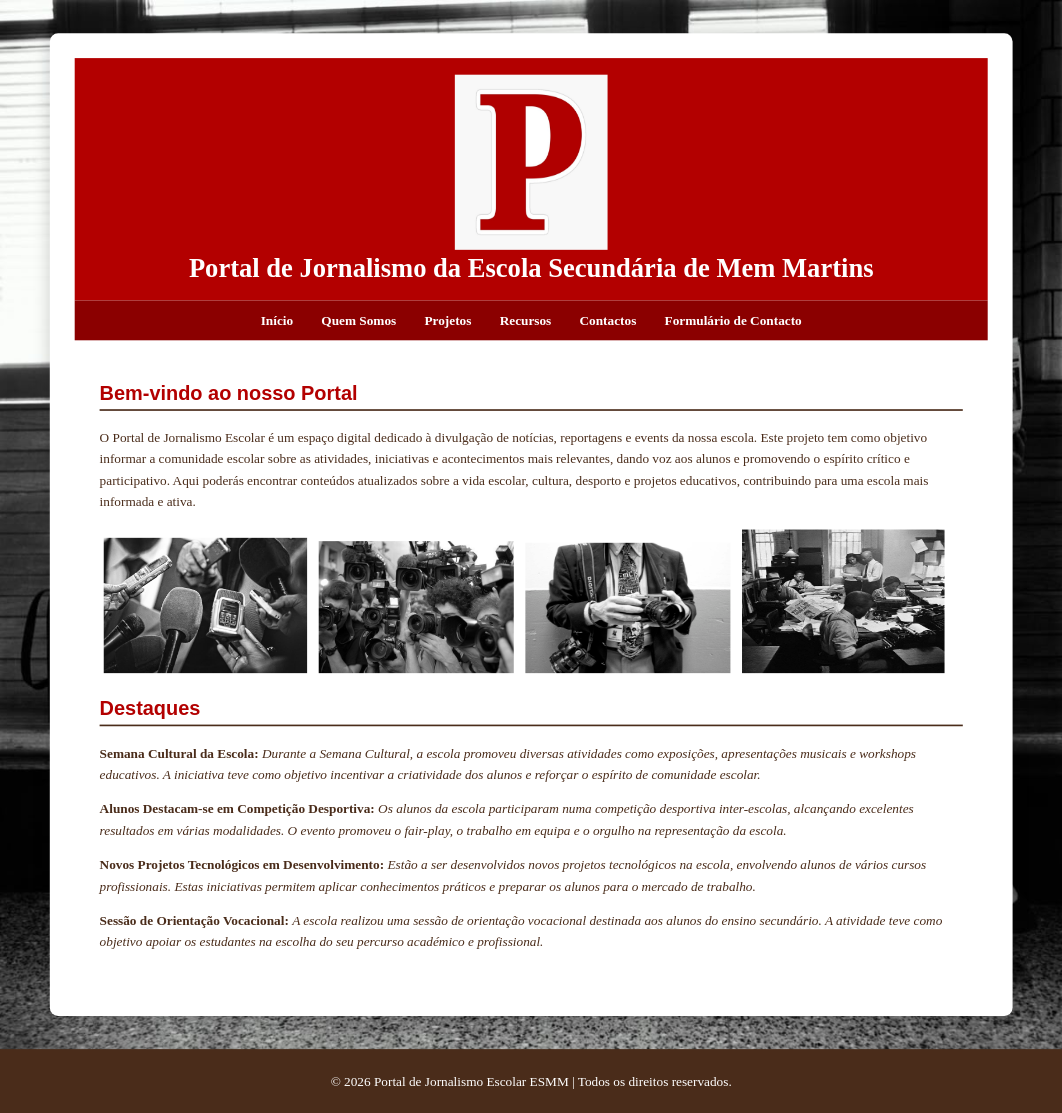
Repository: Sofiampsantos/Portal-de-Jornalismo-Escolar
Page: ProjetoProgV2/FormularioContacto/src/main/webapp/index.html
The author's editor kept a copy of each file at every save. The page is drawn from the files as they stood at one save, then again after the next save.
The browser window is 1280 px wide. The pictures show the whole page, at 83% of full size.
Backgrounds fixed to the window are drawn as part of the page. Some web fonts or font styles are not loaded; a fallback is used.

Above is the page before, as saved 2026-05-23 20:00:19.
Console error: TypeError: Cannot set properties of null (setting 'innerText')

### ProjetoProgV2/FormularioContacto/src/main/webapp/index.html
<!DOCTYPE html>
<html>
<head>
<meta charset="UTF-8">
<title>Portal de Jornalismo Escolar - ESMM - Página inicial</title>
<link rel="stylesheet" href="styles/estilo.css">
</head>
<body style="background-image: url('img/jornmulheres.jpg'); background-size: cover; background-repeat: no-repeat; background-attachment: fixed; background-position: center;">

  <div class="container">

    <header id="topo">
        <img alt="Fotografia do Portal de Jornalismo Escolar"
             src="img/logoP.jpg" style="width: 184px; height: 211px;">
        <h1>Portal de Jornalismo da Escola Secundária de Mem Martins</h1>
    </header>

    <nav id="navegacao">
        <ul>
            <li><a href="index.html">Início</a></li>
            <li><a href="quem_somos.html">Quem Somos</a></li>
            <li><a href="projetos.html">Projetos</a></li>
            <li><a href="recursos.html">Recursos</a></li>
            <li><a href="contactos.html">Contactos</a></li>
            <li><a href="contato.jsp">Formulário de Contacto</a></li>
        </ul>
    </nav>

    <section id="conteudo">
        <h2>Bem-vindo ao nosso Portal</h2>
        <p>O Portal de Jornalismo Escolar é um espaço digital dedicado à
         divulgação de notícias, reportagens e events da nossa escola.
         Este projeto tem como objetivo informar a comunidade escolar sobre
         as atividades, iniciativas e acontecimentos mais relevantes,
         dando voz aos alunos e promovendo o espírito crítico
         e participativo.
         Aqui poderás encontrar conteúdos atualizados sobre a vida
         escolar, cultura, desporto e projetos educativos,
         contribuindo para uma escola mais informada e ativa.</p>

        <div>
             <img alt="Fotografia do Portal de Jornalismo Escolar"
                  src="img/jornalismo.jpg" style="width: 245px; height: 163px;">

             <img alt="Fotografia do Portal de Jornalismo Escolar"
                  src="img/cameras.jpg" style="width: 235px; height: 159px;">

             <img alt="Fotografia do Portal de Jornalismo Escolar"
                  src="img/jorn3.jpg" style="height: 157px; width: 247px">

             <img alt="Fotografia do Portal de Jornalismo Escolar"
                  src="img/jornalista.jpg" style="height: 173px; width: 244px">
        </div>

        <h2>Destaques</h2>
        <p>
            <strong>Semana Cultural da Escola: </strong><i>Durante a Semana
             Cultural, a escola promoveu diversas atividades como exposições,
             apresentações musicais e workshops educativos. A iniciativa teve
             como objetivo incentivar a criatividade dos alunos e reforçar o
             espírito de comunidade escolar.</i>
        </p>
        <p>
            <strong>Alunos Destacam-se em Competição Desportiva: </strong><i>
                    Os alunos da escola participaram numa competição desportiva
                    inter-escolas, alcançando excelentes resultados em várias
                    modalidades. O evento promoveu o fair-play, o trabalho em
                    equipa e o orgulho na representação da escola.</i>
        </p>
        <p>
            <strong>Novos Projetos Tecnológicos em Desenvolvimento: </strong><i>
                   Estão a ser desenvolvidos novos projetos tecnológicos na escola,
                   envolvendo alunos de vários cursos profissionais. Estas iniciativas
                   permitem aplicar conhecimentos práticos e preparar os alunos para o
                   mercado de trabalho.</i>
        </p>
        <p>
            <strong>Sessão de Orientação Vocacional: </strong><i>A escola realizou uma
            sessão de orientação vocacional destinada aos alunos do ensino secundário.
            A atividade teve como objetivo apoiar os estudantes na escolha do seu percurso
            académico e profissional.</i>
        </p>
    </section>

  </div>

  <footer id="rodape">
      <p>&copy; 2026 Portal de Jornalismo Escolar ESMM | Todos os direitos reservados.</p>
  </footer>

  <script src="scripts/script.js"></script>
  <script>
      alert("Bem-vindo ao Portal de Jornalismo da Escola Secundária de Mem Martins!");
  </script>

</body>
</html>

### ProjetoProgV2/FormularioContacto/src/main/webapp/styles/estilo.css
@charset "UTF-8";
@import url('https://fonts.googleapis.com/css2?family=League+Spartan:wght@400;600;700&display=swap');


/* ===== ESTILO GERAL ===== */
body {
    margin: 0;
    padding: 0;
    font-family: "Times New Roman", Times, serif;
    color: #4a2c1a;
}

.container {
    max-width: 1100px;
    margin: 40px auto;
    background-color: white;
    padding: 30px;
    border-radius: 10px;
    box-shadow: 0 0 20px rgba(0,0,0,0.2);
}

/* ===== CABEÇALHO ===== */
#topo {
    background-color: #b30000;
    color: #ffffff;
    padding: 20px;
    text-align: center;
}

#topo h1 { margin: 0; }

/* ===== NAVEGAÇÃO ===== */
nav {
    display: flex;
    justify-content: center;
    background-color: #8B0000;
    padding: 15px 0;
}

nav ul {
    list-style: none;
    padding: 0;
    margin: 0;
}

nav ul li {
    display: inline;
    margin: 0 15px;
}

nav a {
    color: white;
    text-decoration: none;
    font-weight: bold;
}

nav a:hover {
    text-decoration: underline;
}

/* ===== CONTEÚDO E TÍTULOS ===== */
#conteudo { padding: 30px; animation: aparecer 2s ease-in; }

h2 {
    color: #b30000;
    border-bottom: 2px solid #4a2c1a;
    padding-bottom: 5px;
    font-family: 'League Spartan', Arial, sans-serif;
}

p { line-height: 1.6; }

/* ===== IMAGENS ===== */
/* Imagem do logo com classe específica */
.logo { width: 184px; height: 211px; }

/* Imagens do conteúdo */
section img {
    width: 240px;
    height: auto;
    margin: 5px;
}

/* ===== TABELA ===== */
table {
    width: 90%;
    margin: 20px auto;
    border-collapse: collapse;
}

th, td {
    padding: 10px;
    border: 1px solid #4a2c1a;
    text-align: center;
}

th { background-color: #b30000; color: #ffffff; }

/* CORREÇÃO MÁXIMA: Força os links de ordenação a ficarem brancos em qualquer estado */
th a,
th a:link,
th a:visited,
th a:active {
    color: #ffffff !important;
    text-decoration: none !important;
}

th a:hover {
    text-decoration: underline !important;
    color: #ffffff !important;
}

/* ===== FORMULÁRIO ===== */
form {
    max-width: 600px;
    margin: 40px auto;
    padding: 30px;
    box-shadow: 0 4px 10px rgba(0, 0, 0, 0.1);
}

form input, form textarea, form select {
    width: 100%;
    padding: 10px;
    margin-top: 5px;
    border: 1px solid #c4a484;
}

/* ===== RODAPÉ ===== */
#rodape {
    background-color: #4a2c1a;
    color: #ffffff;
    text-align: center;
    padding: 10px;
    margin-top: 40px;
}

/* ===== ANIMAÇÕES ===== */
@keyframes aparecer {
    from { opacity: 0; }
    to { opacity: 1; }
}

.card { transition: transform 0.3s ease; }
.card:hover { transform: translateY(-5px); }


/* Remove a linha vermelha grossa de cima da pesquisa */
.container form,
#conteudo form,
form[action*="pesquisar"],
form[action*="buscar"] {
    border-top: none !important;
}

### ProjetoProgV2/FormularioContacto/src/main/webapp/scripts/script.js
function mostrarMensagem() {
	alert("Estás no Portal de Jornalismo Escolar!");
}

function confirmarPortal() {
	var resposta = confirm("Tens uma notícia ou sugestão?");
	var paragrafo = document.getElementById("resposta");

	if (paragrafo) {
		if(resposta) {
			paragrafo.innerHTML = "Obrigado por contribuir para o Portal Escolar.";
		} else {
			paragrafo.innerHTML = "Talvez noutra altura!";
		}
	} else {
		alert("Erro: element <p id= 'resposta'> não encontrado");
	}
}

function validarFormulario(){
	var nome = document.formulario.nome.value;

	if (nome == "") {
		alert("Por favor, preenche o campo Nome.")
		return false;
}
		alert("Formulário enviado com sucesso!");
		return true;
}

function pedirNome(){
	var nome = prompt("Qual é o teu nome?");

	if (nome != nul && nome != "") {
		documente.getElementById("boasvindas").innerHTML =
		"Olá, " + nome + "! Bem-vindo ao Portal Escolar.";
	}
}

document.addEventListener("DOMContentLoaded", function (){
	document.getElementById("mensagem").innerText=
	"Site carregado com sucesso!";

});

/**`
*
*/

After the next save:
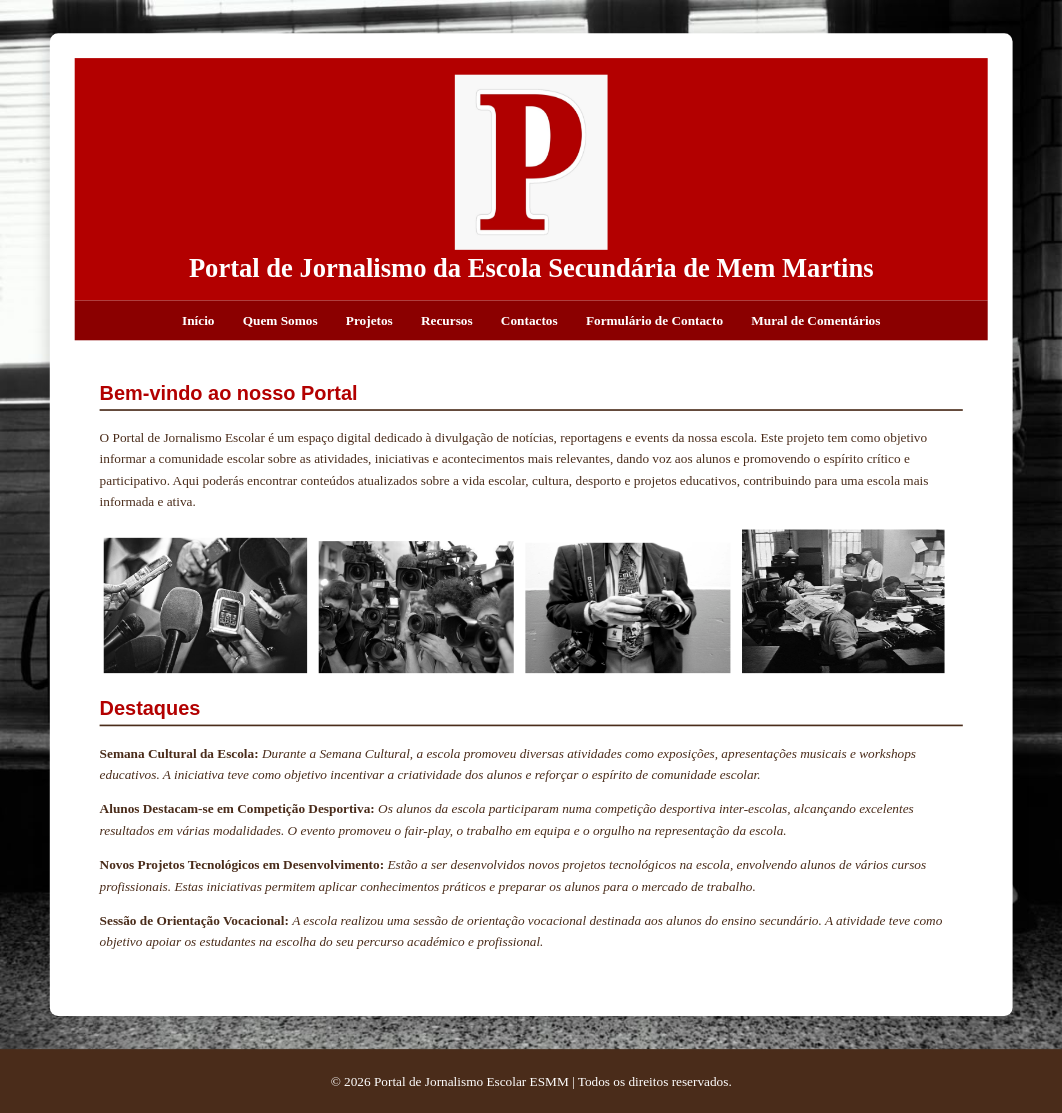
Saved 85 s later.
--- a/ProjetoProgV2/FormularioContacto/src/main/webapp/index.html
+++ b/ProjetoProgV2/FormularioContacto/src/main/webapp/index.html
@@ -15,16 +15,17 @@
         <h1>Portal de Jornalismo da Escola Secundária de Mem Martins</h1>
     </header>
 
-    <nav id="navegacao">
-        <ul>
-            <li><a href="index.html">Início</a></li>
-            <li><a href="quem_somos.html">Quem Somos</a></li>
-            <li><a href="projetos.html">Projetos</a></li>
-            <li><a href="recursos.html">Recursos</a></li>
-            <li><a href="contactos.html">Contactos</a></li>
-            <li><a href="contato.jsp">Formulário de Contacto</a></li>
-        </ul>
-    </nav>
+<nav id="navegacao">
+    <ul>
+        <li><a href="index.html">Início</a></li>
+        <li><a href="quem_somos.html">Quem Somos</a></li>
+        <li><a href="projetos.html">Projetos</a></li>
+        <li><a href="recursos.html">Recursos</a></li>
+        <li><a href="contactos.html">Contactos</a></li>
+        <li><a href="contato.jsp">Formulário de Contacto</a></li>
+        <li><a href="ListarComentariosServlet">Mural de Comentários</a></li>
+    </ul>
+</nav>
 
     <section id="conteudo">
         <h2>Bem-vindo ao nosso Portal</h2>
